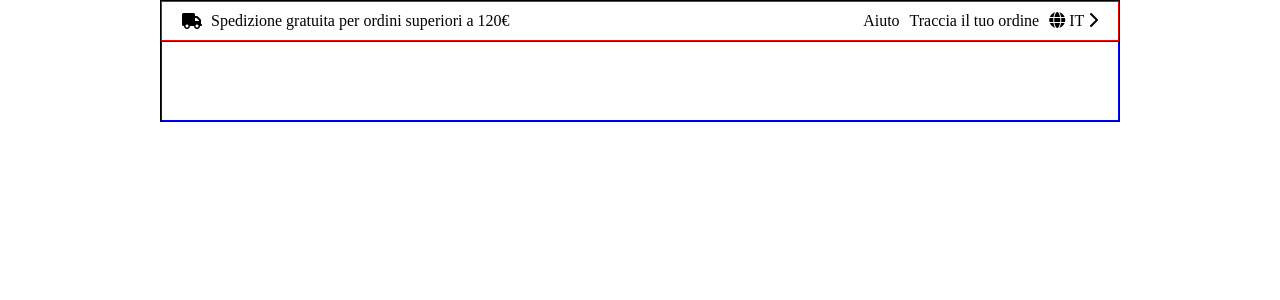
Repository: jacoporm1989/studioFlexbox
Page: FLEXBOX/Header+Navbar1/index.html
The author's editor kept a copy of each file at every save. The page is drawn from the files as they stood at one save, then again after the next save.
The browser window is 1280 px wide. The pictures show the whole page.
The pointer rests on the first visible `a`.

Above is the page before, as saved 2026-06-08 13:19:45.

### FLEXBOX/Header+Navbar1/index.html
<!DOCTYPE html>
<html lang="en">

<head>
    <meta charset="UTF-8">
    <meta name="viewport" content="width=device-width, initial-scale=1.0">

     <link rel="stylesheet"
          href="https://cdnjs.cloudflare.com/ajax/libs/font-awesome/6.5.2/css/all.min.css">
    <link rel="stylesheet" href="index.css">
    <title>Primo header</title>
</head>

<body>


    <div class="container">


        <header>

            <div class="up">

                <div class="spedizione">

                     <i class="fa-solid fa-truck"></i>
                     <p>Spedizione gratuita per ordini superiori a 120€</p>

                </div>

                <div class="right-bar">
                    <ul>
                        <li>Aiuto</li>
                        <li>Traccia il tuo ordine</li>
                        <li>
                             <i class="fa-solid fa-globe"></i>
                            <a href="#">IT
                             <i class="fa-solid fa-chevron-right arrow-right"></i></a>

                        </li>
                    </ul>


                </div>

            </div>


            <nav>



            </nav>
        </header>



    </div>
</body>

</html>

### FLEXBOX/Header+Navbar1/index.css
* {
    box-sizing: border-box;
    margin: 0;
}

a {
    all:unset;
    cursor: pointer;
}


.container {

    border: 1px solid black;
    width: 75%;
    margin: auto;

}



.up {
    width: 100%;
    border: 1px solid red;
    height: 40px;
    display:flex;
    flex-direction:row;
    justify-content:space-between;
}


.spedizione{
    display:flex;
    flex-direction:row;
    justify-content:center;
    align-items: center;
    gap:9px;
    margin-left:20px;
}

.right-bar{
    display:flex;
    flex-direction:row;
    justify-content:center;
    align-items: center;
    margin-right:20px;
}



.right-bar ul{
    display:flex;
    flex-direction:row;
        list-style: none;
    padding-left: 0;
    margin-left: 0;
    gap:10px;
}

nav {
    width: 100%;
    border: 1px solid blue;
    height: 80px;
    display:flex;
}

After the next save:
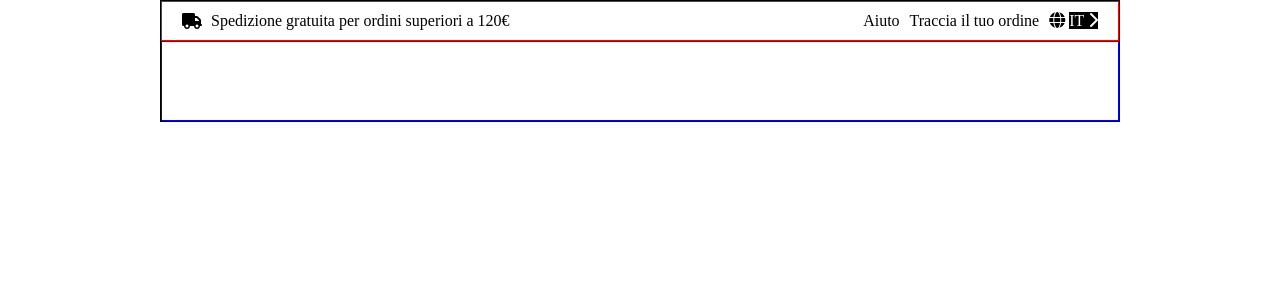
Saved 31 s later.
--- a/FLEXBOX/Header+Navbar1/index.css
+++ b/FLEXBOX/Header+Navbar1/index.css
@@ -6,6 +6,11 @@
 a {
     all:unset;
     cursor: pointer;
+}
+
+a:hover {
+    background-color:black;
+    color: white;
 }
 
 
